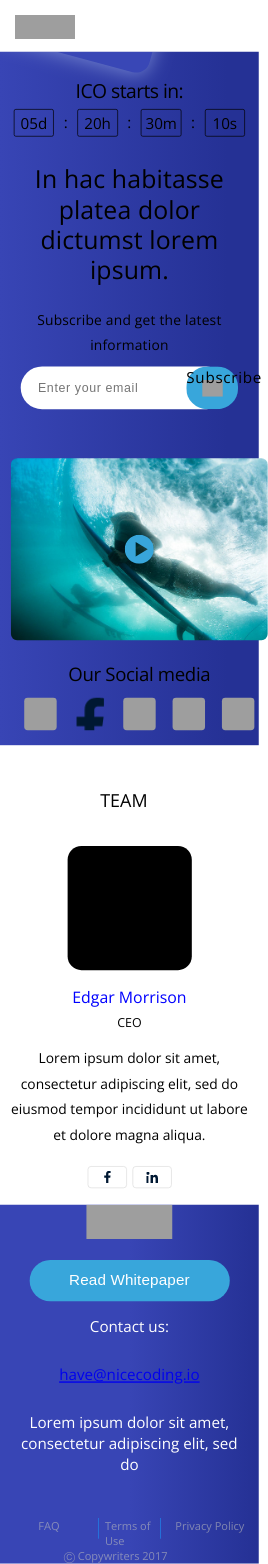
Repository: McGregorSt/newOne
Page: index.html
An editor plug-in stored every save of this project. The page is shown before and after the next save, followed by the edit.
The browser window is 375 px wide. The page is 388 px wide, so the pictures cover 388 px, including what lies to the right of the window. The pictures show the whole page, at 69% of full size.
Pictures or frames that could not be fetched are drawn as grey boxes.

Above is the page before, as saved 2019-12-17 23:25:20.

### index.html
<!DOCTYPE html>
<html lang="en">
<head>
  <meta charset="UTF-8">
  <meta name="viewport" content="width=device-width, initial-scale=1.0">
  <meta http-equiv="X-UA-Compatible" content="ie=edge">
  <link rel="stylesheet" href="css/style.css">
  <link href="https://fonts.googleapis.com/css?family=Open+Sans:300,300i,400,400i,600,600i,700,700i,800,800i&display=swap" rel="stylesheet">
  <script
  src="https://code.jquery.com/jquery-3.4.1.js"
  integrity="sha256-WpOohJOqMqqyKL9FccASB9O0KwACQJpFTUBLTYOVvVU="
  crossorigin="anonymous"></script>
  <title>Ethworks</title>
</head>
<body>
    <section class="modal">
      <div class="modal__content">
        <iframe src="" frameborder="0" id="youtube"></iframe>
        <div class="overlay"></div>
      </div>
    </section>
    <section class="header">
      <div class="header__logo"></div>
      <ul class="header__menu">
        <li class="header__menu__item"><a href="#">Home</a></li>
        <li class="header__menu__item"><a href="#">Team</a></li>
        <li class="header__menu__item"><a href="#">Contact</a></li>
      </ul>
    </section>
    <section class="main">
        <div class="wrapper">
        <div class="subs">
          <div class="subs__timer">
            <span class="subs__timer__header">ICO starts in:</span>
            <div class="subs__timer__global">
              <div class="subs__timer__item subs__timer__item__dd">05d</div>
              <div class="subs__timer__item">:</div>
              <div class="subs__timer__item subs__timer__item__hh">20h</div>
              <div class="subs__timer__item">:</div>
              <div class="subs__timer__item subs__timer__item__mm">30m</div>
              <div class="subs__timer__item">:</div>
              <div class="subs__timer__item subs__timer__item__ss">15s</div>
            </div>
          </div>
          <div class="subs__article">In hac habitasse platea dolor dictumst lorem ipsum.</div>
          <div class="subs__email">
            <span class="subs__email__header">Subscribe and get the latest information</span>
            <div class="subs__email__content">
              <input type="email" class="subs__email__input" placeholder="Enter your email">
              <div class="subs__email__button">Subscribe</div>
            </div>
          </div>
        </div>

      <div class="media">
        <div class="media__media">
          <div class="media__player">
            <svg xmlns="http://www.w3.org/2000/svg" width="24" height="24" viewBox="0 0 24 24"><path d="M12 0c-6.627 0-12 5.373-12 12s5.373 12 12 12 12-5.373 12-12-5.373-12-12-12zm-3 18v-12l10 6-10 6z"/></svg>
          </div>
          <div class="media__social">
            <span class="media__social__header">Our Social media</span>
            <div class="media__social__items">
              <div class="media__social__item media__social__tt"></div>
              <div class="media__social__item media__social__fb"></div>
              <div class="media__social__item media__social__md"></div>
              <div class="media__social__item media__social__gh"></div>
              <div class="media__social__item media__social__mail"></div>
            </div>
          </div>
        </div>
    </div>
    </div>
    <div class="subs__subs"></div>
    </section>
    <section class="team">
      <div class="team__header">TEAM</div>
      <div class="team__cards">
        <div class="team__card">
          <div class="team__card__photo"></div>
          <div class="team__card__name">Edgar Morrison</div>
          <div class="team__card__title">CEO</div>
          <div class="team__card__description">Lorem ipsum dolor sit amet, consectetur adipiscing elit, sed do eiusmod tempor incididunt ut labore et dolore magna aliqua. </div>
          <div class="team__card__social">
            <div class="card__social__fb"></div>
            <div class="card__social__in"></div>
          </div>
        </div>
        <div class="team__card">
          <div class="team__card__photo"></div>
          <div class="team__card__name">Mae Martin</div>
          <div class="team__card__title">CTO</div>
          <div class="team__card__description">Lorem ipsum dolor sit amet, consectetur adipiscing elit, sed do eiusmod tempor incididunt ut labore et dolore magna aliqua. </div>
          <div class="team__card__social">
            <div class="card__social__fb"></div>
            <div class="card__social__in"></div>
          </div>
        </div>
        <div class="team__card">
          <div class="team__card__photo"></div>
          <div class="team__card__name">David Banks</div>
          <div class="team__card__title">CFO</div>
          <div class="team__card__description">Lorem ipsum dolor sit amet, consectetur adipiscing elit, sed do eiusmod tempor incididunt ut labore et dolore magna aliqua.</div>
          <div class="team__card__social">
            <div class="card__social__fb"></div>
            <div class="card__social__in"></div>
          </div>
        </div>
        <div class="team__card">
          <div class="team__card__photo"></div>
          <div class="team__card__name">Frederick Parsons</div>
          <div class="team__card__title">COO</div>
          <div class="team__card__description">Lorem ipsum dolor sit amet, consectetur adipiscing elit, sed do eiusmod tempor incididunt ut labore et dolore magna aliqua.</div>
          <div class="team__card__social">
            <div class="card__social__fb"></div>
            <div class="card__social__in"></div>
          </div>
        </div>
      </div>
    </section>
    <section class="footer">
      <div class="footer__main">
        <div class="footer__main__logo"></div>
        <!-- <div class="footer__main__whitepaper"> -->
          <a href="#">
            <button type="button" class="header__whitepaper__button">Read Whitepaper</button>
          </a>
        <!-- </div> -->
      </div>
        <div class="footer__contact">
          <span>Contact us:</span>
          <span><a href="mailto:#" class="footer__contact--a">have@nicecoding.io</a></span>
          <span>Lorem ipsum dolor sit amet, consectetur adipiscing elit, sed do</span>
        </div>


      <div class="footer__menu">
          <span class="footer__menu--span">&#9400 Copywriters 2017</span>
        <div class="footer__menu--menu">
          <div class="footer__menu__separator"></div>
          <div class="footer__menu__item">
            <a href="#" class="menu__item--a">FAQ</a>
          </div>
          <div class="footer__menu__separator"></div>
          <div class="footer__menu__item">
            <a href="#">Terms of Use</a>
          </div>
          <div class="footer__menu__separator"></div>
          <div class="footer__menu__item">
            <a href="#">Privacy Policy</a>
          </div>
        </div>
      </div>
    </section>
  </div>
</body>
<script src="js/app.js">


</script>
</html>

### css/style.css
body {
  margin: 0;
  padding: 0;
  box-sizing: border-box;
  font-family: 'Open Sans', sans-serif;
  overflow-y: scroll;
}
/* section header */
.header {
  height: 95px;
  margin: auto;
  margin-top: -5px;
  display: flex;
  justify-content: space-between;
  align-items: center;
  padding: 0 180px;
}
.header__logo {
  width: 125px;
  height: 50px;
  background-image: url('../Assets/logo/dark.svg');
  background-size: cover;
  position: relative;
  left: -5px;
  top: 3px;
}

.header__menu {
  list-style: none;
  display: flex;
  letter-spacing: 1.1px;
  /* font-weight: 300; */
  /* justify-content: space-between; */
  font-size: 20px;
}

@media (max-width: 414px) {

  .header {
    height: 80px;
    padding: 0;
  }
  .header__logo {
    top: 4px;
    left: 3px;
    /* height: 45px; */
    background-position: left center;
    transform: scale(0.7);
  }
  .header__menu {
    display: none;
  }
}

.header__menu__item a {
  padding: 0 0 0 54px;
  text-decoration: none;
  color: #000;
}

/*

section main

*/
.main {
  height: 935px;
  background: linear-gradient(90deg, rgba(56,69,181,1) 0%, rgba(37,49,149,1) 88%);

}

.wrapper {
  display: flex;
  position: relative;

}


.wrapper:after {
  content: "";
  width: 100%;
  height: 100%;
  background-image: url('../Assets/BG/Shape1@1x.svg');
  background-repeat: no-repeat;
  background-size: 75%;
  background-position-y: -95px;
  background-position-x: -10px;
  position: absolute;
  z-index: 2;
  /* filter: url('../Assets/BG/Shape1@1x.svg#filter-2')  */
}

.subs {

  width: 50%;
  font-size: 28px;
  display: flex;
  flex-direction: column;
  padding: 90px 0 60px 175px;
  position: relative;
  z-index: 99;
}
.subs__subs {
  /* width: 50%; */
  height: 800px;
  background-image: url('../Assets/BG/Shape2@1x.svg');
  background-size: 47%;
  top: -730px;
  left: -200px;
  background-position-y: -260px;
  background-position-x: 170px;
  background-repeat: no-repeat;
  position: relative;
  z-index: 1;
  /* filter: url('../Assets/BG/Shape2@1x.svg#filter-2') */
}


.subs__timer {
  /* background-color: thistle; */
  position: relative;
  z-index: 1;
}
.subs__timer__header {
  letter-spacing: -0.8px;
}
.subs__timer__global {
  width: 56.4%;
  display: flex;
  justify-content: space-between;
  padding: 15px 0 40px 0 ;
}
.subs__timer__global > div {
  width: 88px;
  height: 65px;
  display: flex;
  justify-content: center;
  align-items: center;
}
.subs__timer__item:nth-child(2n+2) {

}
.subs__timer__global > div:nth-child(2n+1) {
  width: 40%;
  border: 1px solid #000;
  font-size: 36px;
  border-radius: 7px;
}
.subs__article {
  font-size: 54px;
  letter-spacing: 0.2px;
  line-height: 83px;
  padding: 35px 0;
  /* background-color: wheat; */

}

.subs__email {
  /* background-color: yellow; */
  display: flex;
  flex-direction: column;
  font-size: 22px;
  letter-spacing: 0.3px;
  padding: 60px 0;
}
.subs__email__content {
  height: 100px;
  padding: 30px 0;
  display: flex;
}
.subs__email__input {
  height: 60%;
  width: 67%;
  border-radius: 40px;
  font-size: 22px;
  padding-left: 25px;
  letter-spacing: 0.9px;
  outline: none;
  border: 0;
}
.subs__email__input::placeholder {
  /* padding-left: 25px; */
}
.subs__email__button {
  height: 65%;
  width: 20%;
  background-color:#38A6DB;
  font-size: 22px;
  letter-spacing: 1.05px;
  border: 0;
  border-radius: 30px;
  position: relative;
  left: -200px;
}
.subs__email--sender {
  width: 50px;
  height: 50px;

  background-image: url('../Assets/Icon/Subscribe@1x.svg');
  background-size: cover;
  background-color: aliceblue;
}

@media (max-width: 414px) {
  .main {
    height: 1005px;

  }
  .wrapper {
    flex-wrap: wrap;
  }
  .subs {
    width: 100%;
    padding: 0;
    flex-direction: column;
    justify-self: center;

  }
  .subs > * {
    text-align: center;
    padding: 20px;
  }
  .subs__timer__header {
    position: relative;
    top: 17px;
  }
  .subs__timer__global {
    width: 100%;
    position: relative;
    top: 10px;
  }
  .subs__timer__global > div:nth-child(2n + 1) {
    width: 50%;
    height: 38px;
    font-size: 22px;
    border-radius: 3px;
  }
  .subs__timer__item:nth-child(2n) {
    font-size: 22px;
    height: 38px;
    width: 30%;
  }
  .subs__article {
    font-size: 36px;
    line-height: 44px;
    padding: 0 20px;
    position: relative;
    top: -10px;
  }
  .subs__email {
    padding: 0;
  }
  .subs__email__header {
    position: relative;
    top: 22px;
    font-size: 20px;
    padding: 0 20px;
    line-height: 36px;
  }
  .subs__email__content {
    justify-content: center;
    position: relative;
    top: 5px;
    /* padding: 0; */
  }
  .subs__email__input {
    width: 100%;
    position: relative;
    left: 30px;
    font-size: 18px;
    /* padding: 0; */
  }
  .subs__email__button {
    height: 62%;
    /* width: 18%; */
    position: relative;
    left: -30px;
    background-color: #38A6DB;
    background-image: url('../Assets/Icon/Subscribe@1x.svg');
    background-size: 40% 40%;
    background-position: center center;
    background-repeat: no-repeat;
    /* transform: scale(0.8); */
  }
  .subs__email__button:before {
    content: '';
    background-color: brown;
    width: 300px;
    height: 300px;
    z-index: 995;
  }
}

.modal {
  display: none;
}
#youtube {
  width: 800px;
  height: 500px;
  background: rgb(0, 0, 0);
  position: absolute;
  left: 50%;
  top: 50%;
  transform: translate(-50%, -50%);
  z-index: 999;
}
.overlay {
  display: block;
  width: 100%;
  height: 100%;
  background: rgba(0, 0, 0, 0.4);
  position: fixed;
  top: 0;
  left: 0;
  z-index: 998;
}
.media {
  /* height: 80%; */
  width: 50%;
  /* background-color: tomato; */
}
.media__media {
  height: 100%;
  /* display: flex;
  flex-direction: column; */
  /* justify-content: space-around; */
  padding: 235px 0 0 60px;
}
.media__player {
  width: 620px;
  height: 440px;
  display: flex;
  justify-content: center;
  align-items: center;
  background-color: rgba(15, 51, 47, 0.411);
  background-image: url('../Assets/player/27230166476_3c7a942ccc_c.jpg');
  position: relative;
  z-index: 20;
}
.media__player svg {
  width: 70px;
  height: 70px;
  fill: #38A6DB;
}
.media__social {
  width: 620px;
  height: 23%;
  display: flex;
  flex-direction: column;
  align-items: flex-end;
  justify-content: center;
  /* background-color: orangered; */
}
.media__social__header {
  font-size: 26px;
  padding: 80px 0 16px 0;

}
.media__social__items {
  width: 56.3%;
  display: flex;
  justify-content: space-between;
}
.media__social__item {
  width: 47px;
  height: 47px;
  border-radius: 5px;
  background-size: cover;
}
.media__social__tt {
  background-image: url('../Assets/Social icons/Twitter@1x.svg');
}
.media__social__fb {
  background-image: url('../Assets/Social icons/Facebook@1x.svg');
}
.media__social__md {
  background-image: url('../Assets/Social icons/Medium@1x.svg');
}
.media__social__gh {
  background-image: url('../Assets/Social icons/Github@1x.svg');
}
.media__social__mail {
  background-image: url('../Assets/Social icons/Telegram@1x.svg');
}

@media (max-width: 414px) {
  .media {
    height: 20px;
  }
  .media__media {
    transform: scale(0.5);
    padding: 0;
    margin: 0;
  }
  .media__player {
    transform: scale(1.2);
    border-radius: 15px;
    position: relative;
    top: 50px;
  }
  .media__social {
    justify-content: center;
    align-items: center;
    margin-top: 200px;
  }
  .media__social__header {
    font-size: 54px;
    letter-spacing: -1px;
  }
  .media__social__items {
    width: 100%;
    margin-top: 40px;
  }
  .media__social__item {
    transform: scale(2);
  }
}


/*
section team
*/

.team {
  display: flex;
  flex-direction: column;
  align-items: center;
  padding: 95px 0 50px 0;
}
.team__header {
  font-size: 26px;
  position: relative;
  left: 20px;
}
.team__cards {
  display: flex;
  justify-content: space-between;
  padding: 60px 0;
}
.team__card {
  height: 500px;
  width: 360px;
  display: flex;
  flex-direction: column;
  justify-content: space-between;
  align-items: center;
  margin: 0 10px;
  /* background-color: palegreen; */
  padding: 5px 10px
}
.team__card__photo {
  width: 180px;
  height: 180px;
  border-radius: 20px;
  background-color: black;

}
.team__card__name {
  font-size: 23px;
  color: blue;
  /* position: relative;
  top: -10px; */
}
.team__card__title {
  font-size: 18px;
  position: relative;
  top: -20px;
}
.team__card__description {
  font-size: 20px;
  text-align: center;
  line-height: 38px;
  position: relative;
  top: -10px;
  padding: 0 5px;
}
.team__card__social {
  display: flex;
  justify-content: space-between;
}
.team__card__social > * {
  width: 55px;
  height: 30px;
  border: 1px solid #ddd;
  border-radius: 5px;
  margin: 4px;
}
.card__social__fb {
  background-image: url('../Assets//Profil/Facebook@1x.svg');
  background-position: center center;
  background-size:20%;

  background-repeat: no-repeat;
}
.card__social__in {
  background-image: url('../Assets//Profil/linkedin@1x.svg');
  background-position: center center;
  background-size:30%;
  background-repeat: no-repeat;

}

@media (max-width: 414px) {
  .team {
    padding: 0;
  }
  .team__header {
    top: 62px;
    left: -8px;
  }
  .team__card:nth-child(n+2) {
    display: none;
  }
  .team__card {
    position: relative;
    top: 45px;
  }
  .team__card__name {
    position: relative;
    top: 10px;
  }
  .team__card__title {
    margin-top: 25px;
  }
  .team__card__description {
    top: -10px;
    line-height: 37px;
  }
}






/*
section footer
*/

.footer {
  /* display: flex;
  flex-direction: column;
  align-items: center; */
  color: white;
  background: linear-gradient(90deg, rgba(56,69,181,1) 50%, rgba(37,49,149,1) 99%);
}
.footer__main {
  /* height: 410px; */
  display: flex;
  justify-content: space-between;
  padding: 0 180px;
}

/* .footer__header {
  height: 123px;
  width: 100%;
  background-color: cornflowerblue;
  display: flex;
  justify-content: space-between;
  align-items: center;
} */
.footer__main__logo {
  width: 10%;
  margin-top: 30px;
  width: 125px;
  height: 50px;
  background-image: url('../Assets/logo/Light.svg');
  background-size: cover;
  position: relative;
  left: -5px;
  top: 3px;

}
.footer__contact {
  width: 500px;
  height: 290px;
  margin: auto;
  /* background-color: crimson; */
  display: flex;
  flex-direction: column;
  align-items: center;
  /* position: relative; */
  /* left: - 90px; */
}
.footer__main__whitepaper {
  width: 19%;
  /* background-color: darkgreen; */
  /* padding-top: 33px; */
}



.footer__menu {
  height: 60px;
  /* background-color: darkgoldenrod; */
  width:55%;
  margin: auto;
  font-size: 19px;
  display: flex;
  justify-content: space-between;
  padding-top: 10px;
}
.header__whitepaper__button {
  height: 60px;
  width: 290px;
  background-color:#38A6DB;
  font-size: 22px;
  letter-spacing: 0.25px;
  border: 0;
  border-radius: 30px;
  position: relative;
  top: 30px;
  color: white;
}
.footer__contact > span {
  margin-bottom: 40px;
  font-size: 22px;
  text-align: center;
  position: relative;
  top: -5px;
  left: -15px;
}
.footer__main__contact > span > a {
  font-size: 26px;
  color: #1F86ED;
  letter-spacing: 0.7px;
  position: relative;
  top: -6px;
}
.footer__main__contact > span:last-child {
  font-size: 21px;
  top: -20px;
}
.footer__menu {
  color: rgba(189, 189, 189, 0.6);

}
.footer__menu__item, .footer__menu__item > a {
  width: 35%;
  display: flex;
  justify-content: center;
  color: rgba(189, 189, 189, 0.6);
  text-decoration: none;
}
.footer__menu--span {
  width: 25%;
  padding-right: 35px;
  margin-left: -20px;

}
.footer__menu__separator {
  width: 3px;
  height: 30px;
  background-color: #1F86ED;
}

@media (max-width: 414px) {
  .footer__main {
    padding: 0;
    flex-direction: column;
    justify-content: center;
  }
  .footer__main > * {
    left: 0;
    top: 0;
    margin: auto;
  }
  .footer__contact {
    width: 90%;
    margin-top: 50px;
  }
  .footer__contact > span {
    top: 0;
    left: 0;
  }
  .footer__whitepaper__button {
    align-items: center;
  }
  .footer__menu {
    width: 100%;
    display: flex;
    flex-direction: column-reverse;
    font-size: 16px;
    align-content: center;
  }
  .footer__menu__item, .footer__menu__item > a {
    width: 80%;
  }
  .footer__menu__item:nth-child(4)  {
    width: 50%;
  }
  .footer__menu--menu {
    width: 100%;
    display: flex;
  }
  .footer__menu__separator:first-child {
    display: none;
  }
  .footer__menu--span {
    width: 100%;
    padding: 0;
    text-align: center;
  }
}

### js/app.js
let chi = document.querySelectorAll('.subs__timer__global:nth-child(2n+1)')
console.log(chi)

$(document).ready(function() {
  $('.media__player svg').on('click', function() {
   let src = 'https://www.youtube.com/embed/SJ7Q6Gd1rJE?autoplay=1&rel=0'
    $('#youtube').attr('src', src)
    $('.modal').toggleClass('overlay')
  })
  function modalHide() {
    $('#youtube').attr('src', '')
    $('.modal').toggleClass('overlay')

  }
  $('.overlay').on('click', modalHide)

  const initialWatch = {
    seconds: 15,
    minutes: 30,
    hours: 20,
    days: 5
  }

  const countDownWatch = {
    seconds: initialWatch.seconds,
    minutes: initialWatch.minutes,
    hours: initialWatch.hours,
    days: initialWatch.days
  }
  const seconds = $('.subs__timer__item__ss')
  const minutes = $('.subs__timer__item__mm')
  const hours = $('.subs__timer__item__hh')
  const days = $('.subs__timer__item__dd')

  const tick = 1000
  let sec = setInterval(() => {
    countDownWatch.seconds -= 1000 / 1000
    if (countDownWatch.seconds < 0){
      countDownWatch.minutes -= 1
      countDownWatch.seconds = 59
      if (countDownWatch.minutes < 0) {
        countDownWatch.hours -= 1
        countDownWatch.minutes = 59
        if (countDownWatch.hours < 0) {
          countDownWatch.days -= 1
          countDownWatch.hours = 23
        }
      }

    } else if (
      countDownWatch.days === 0 &&
      countDownWatch.hours === 0 &&
      countDownWatch.minutes === 0 &&
      countDownWatch.seconds === 0
      ) {
        clearInterval(sec)
      }

      // function toRender(units) {
      //   $(this) = units
      //   console.log(this.units)
      //   if (this.countDownWatch.units < 10){
      //     return this.units.html(`0${this.countDownWatch.units}s`)
      //   } else {
      //     return this.units.html(`${this.countDownWatch.units}s`)
      //   }
      // }

      seconds.html(countDownWatch.seconds < 10 ? `0${countDownWatch.seconds}s` : `${countDownWatch.seconds}s`)
      minutes.html(countDownWatch.minutes < 10 ? `0${countDownWatch.minutes}m` : `${countDownWatch.minutes}m`)
      hours.html(countDownWatch.hours < 10 ? `0${countDownWatch.hours}h` : `${countDownWatch.hours}h`)
      days.html(countDownWatch.days < 10 ? `0${countDownWatch.days}d` : `${countDownWatch.days}d`)
  }, tick)

    let windowWidth = window.screen.width
    const menuItem = $('.footer__menu__item')
    let faq = menuItem[0]
    let termsOfUse = menuItem[1]
    let contactUs = $('.footer__contact--a')

    if (windowWidth < 415) {
      $('.subs__email__button').html('')
      faq.innerText = 'Terms of Use'
      termsOfUse.innerText = 'FAQ'
      contactUs[0].innerText = 'hello@stay.io'
    }
    console.log($('.footer__menu__item'))
})

### Assets/BG/Shape1@1x.svg
<?xml version="1.0" encoding="UTF-8"?>
<svg width="1072px" height="582px" viewBox="0 0 1072 582" version="1.1" xmlns="http://www.w3.org/2000/svg" xmlns:xlink="http://www.w3.org/1999/xlink">
    <!-- Generator: Sketch 47.1 (45422) - http://www.bohemiancoding.com/sketch -->
    <title>BG/Shape1@1x</title>
    <desc>Created with Sketch.</desc>
    <defs>
        <path d="M982.285156,102 L982.285156,370.03125 L210.193802,575.356423 L210.193802,575.356423 C169.990097,586.047947 128.661819,562.429109 117.465781,522.362973 L-9.09494702e-13,102 L982.285156,102 Z" id="path-1"></path>
        <filter x="-16.7%" y="-32.3%" width="133.5%" height="169.1%" filterUnits="objectBoundingBox" id="filter-2">
            <feOffset dx="0" dy="11" in="SourceAlpha" result="shadowOffsetOuter1"></feOffset>
            <feGaussianBlur stdDeviation="53" in="shadowOffsetOuter1" result="shadowBlurOuter1"></feGaussianBlur>
            <feColorMatrix values="0 0 0 0 0.164705882   0 0 0 0 0.219607843   0 0 0 0 0.615686275  0 0 0 1 0" type="matrix" in="shadowBlurOuter1"></feColorMatrix>
        </filter>
    </defs>
    <g id="Page-1" stroke="none" stroke-width="1" fill="none" fill-rule="evenodd">
        <g id="FRONTENT-ZADANIE2">
            <g id="//BG" transform="translate(0.000000, -102.000000)">
                <g id="header-bg">
                    <g id="Rectangle">
                        <g id="BG/Shape1" transform="translate(491.142578, 339.963586) scale(-1, 1) translate(-491.142578, -339.963586) ">
                            <use fill="black" fill-opacity="1" filter="url(#filter-2)" xlink:href="#path-1"></use>
                            <use fill="#3947B6" fill-rule="evenodd" xlink:href="#path-1"></use>
                        </g>
                    </g>
                </g>
            </g>
        </g>
    </g>
</svg>

After the next save:
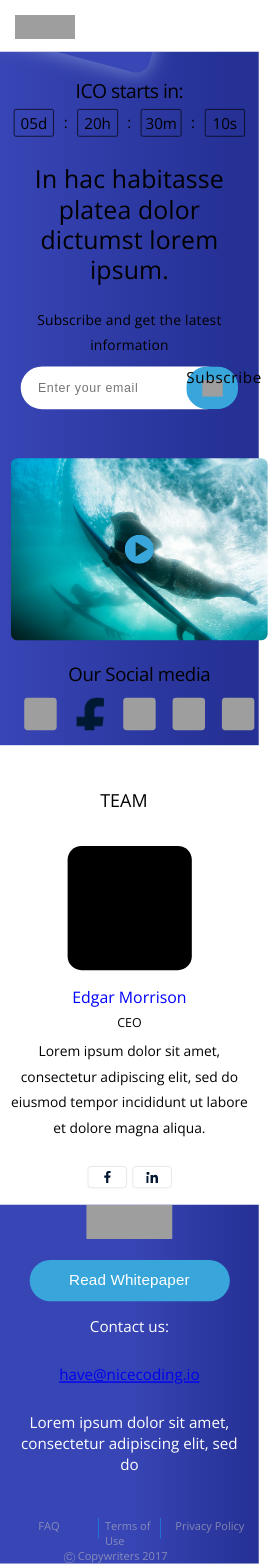
Saved 8 s later.
--- a/css/style.css
+++ b/css/style.css
@@ -523,7 +523,7 @@
     margin-top: 25px;
   }
   .team__card__description {
-    top: -10px;
+    top: -20px;
     line-height: 37px;
   }
 }

After the save that followed:
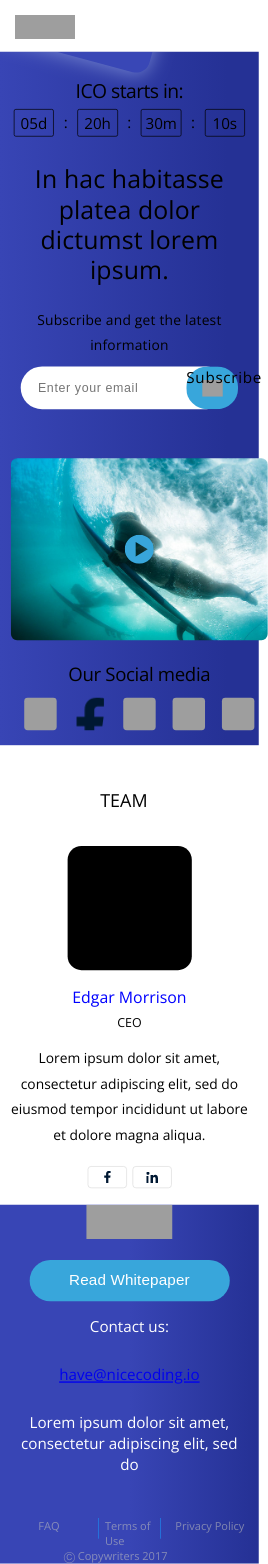
Saved 9 s later.
--- a/css/style.css
+++ b/css/style.css
@@ -523,7 +523,7 @@
     margin-top: 25px;
   }
   .team__card__description {
-    top: -20px;
+    top: -10px;
     line-height: 37px;
   }
 }
